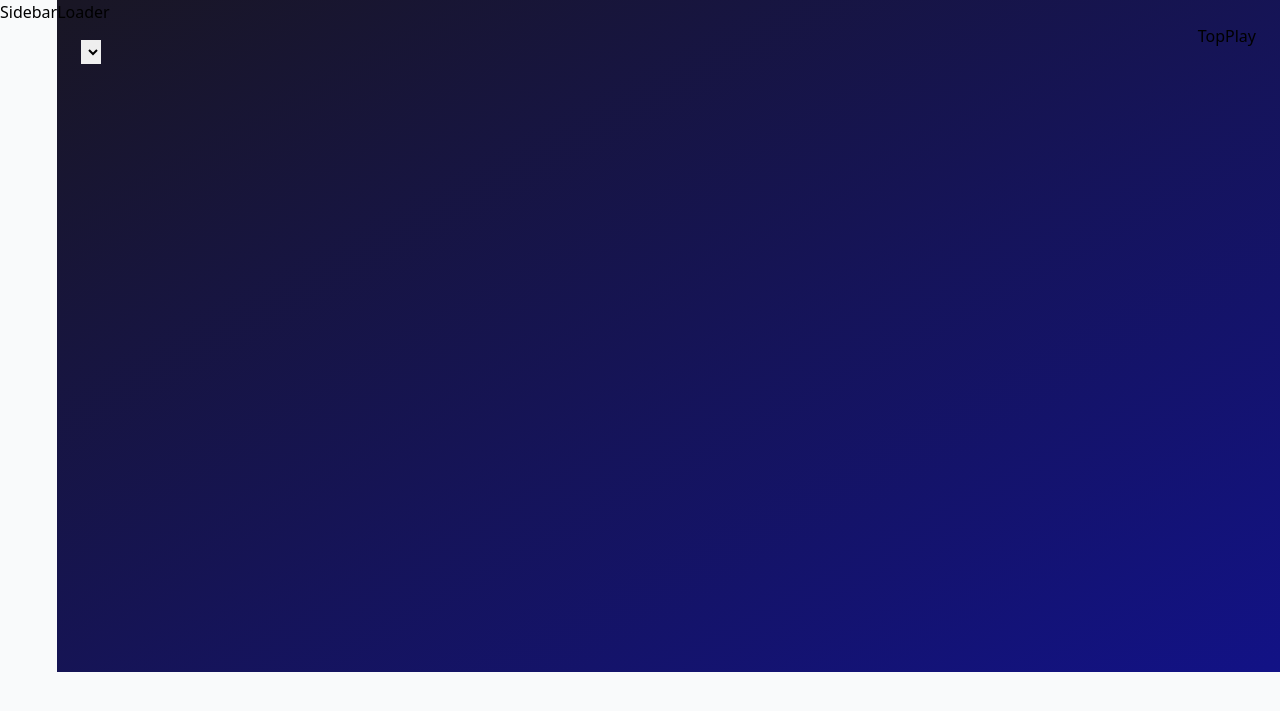
Repository: Chris24T/Dotify
Page: /
These files come from the project's save history. The page is drawn as it stood at one moment and after the next save; the edit follows.
The browser window is 1280 px wide. The pictures show the whole page.
The project was rebuilt for these pictures with package versions that can differ from the ones it lists, and the page was loaded fresh each time. Also part of the build but not shown: vite.config.js, src/components/SongCard.jsx, src/components/ArtistCard.jsx, src/components/DetailsHeader.jsx, src/components/PlayPause.jsx, src/components/SongBar.jsx, src/components/RelatedSongs.jsx, src/components/MusicPlayer/Controls.jsx and 13 more.

Above is the page before, as saved 2022-12-03 20:30:56.

### src/redux/features/playerSlice.js
import { createSlice } from '@reduxjs/toolkit';

const initialState = {
  currentSongs: [],
  currentIndex: 0,
  isActive: false,
  isPlaying: false,
  activeSong: {},
  genreListId: '',
};

const playerSlice = createSlice({
  name: 'player',
  initialState,
  reducers: {
    setActiveSong: (state, action) => {
      state.activeSong = action.payload.song;

      if (action.payload?.data?.tracks?.hits) {
        state.currentSongs = action.payload.data.tracks.hits;
      } else if (action.payload?.data?.properties) {
        state.currentSongs = action.payload?.data?.tracks;
      } else {
        state.currentSongs = action.payload.data;
      }

      state.currentIndex = action.payload.i;
      state.isActive = true;
    },

    nextSong: (state, action) => {
      if (state.currentSongs[action.payload]?.track) {
        state.activeSong = state.currentSongs[action.payload]?.track;
      } else {
        state.activeSong = state.currentSongs[action.payload];
      }

      state.currentIndex = action.payload;
      state.isActive = true;
    },

    prevSong: (state, action) => {
      if (state.currentSongs[action.payload]?.track) {
        state.activeSong = state.currentSongs[action.payload]?.track;
      } else {
        state.activeSong = state.currentSongs[action.payload];
      }

      state.currentIndex = action.payload;
      state.isActive = true;
    },

    playPause: (state, action) => {
      state.isPlaying = action.payload;
    },

    selectGenreListId: (state, action) => {
      state.genreListId = action.payload;
    },
  },
});

export const { setActiveSong, nextSong, prevSong, playPause, selectGenreListId } = playerSlice.actions;

export default playerSlice.reducer;

### src/pages/Discover.jsx
import { Error, Loader, SongCard } from '../components';
import { genres } from '../assets/constants';

const Discover = () => {
  return (
    <div className="flex flex-row">
      <div className="w-full flex justify-between items-center sm:flex-row flex-col mt-4 mb-10">
        <select></select>
      </div>
    </div>
  );
};

export default Discover;

### src/assets/constants.js
import { HiOutlineHashtag, HiOutlineHome, HiOutlinePhotograph, HiOutlineUserGroup } from 'react-icons/hi';

export const genres = [
  { title: 'Pop', value: 'POP' },
  { title: 'Hip-Hop', value: 'HIP_HOP_RAP' },
  { title: 'Dance', value: 'DANCE' },
  { title: 'Electronic', value: 'ELECTRONIC' },
  { title: 'Soul', value: 'SOUL_RNB' },
  { title: 'Alternative', value: 'ALTERNATIVE' },
  { title: 'Rock', value: 'ROCK' },
  { title: 'Latin', value: 'LATIN' },
  { title: 'Film', value: 'FILM_TV' },
  { title: 'Country', value: 'COUNTRY' },
  { title: 'Worldwide', value: 'WORLDWIDE' },
  { title: 'Reggae', value: 'REGGAE_DANCE_HALL' },
  { title: 'House', value: 'HOUSE' },
  { title: 'K-Pop', value: 'K_POP' },
];

export const links = [
  { name: 'Discover', to: '/', icon: HiOutlineHome },
  { name: 'Around You', to: '/around-you', icon: HiOutlinePhotograph },
  { name: 'Top Artists', to: '/top-artists', icon: HiOutlineUserGroup },
  { name: 'Top Charts', to: '/top-charts', icon: HiOutlineHashtag },
];

Loaded but not shown: index.html (common file); src/index.jsx (common file); src/index.css (common file); src/App.jsx (common file); src/redux/store.js (common file); src/components/index.js (common file); src/pages/index.js (common file); src/components/Sidebar.jsx (common file); src/components/Searchbar.jsx (common file); src/components/TopPlay.jsx (common file); tailwind.config.js (common file)

After the next save:
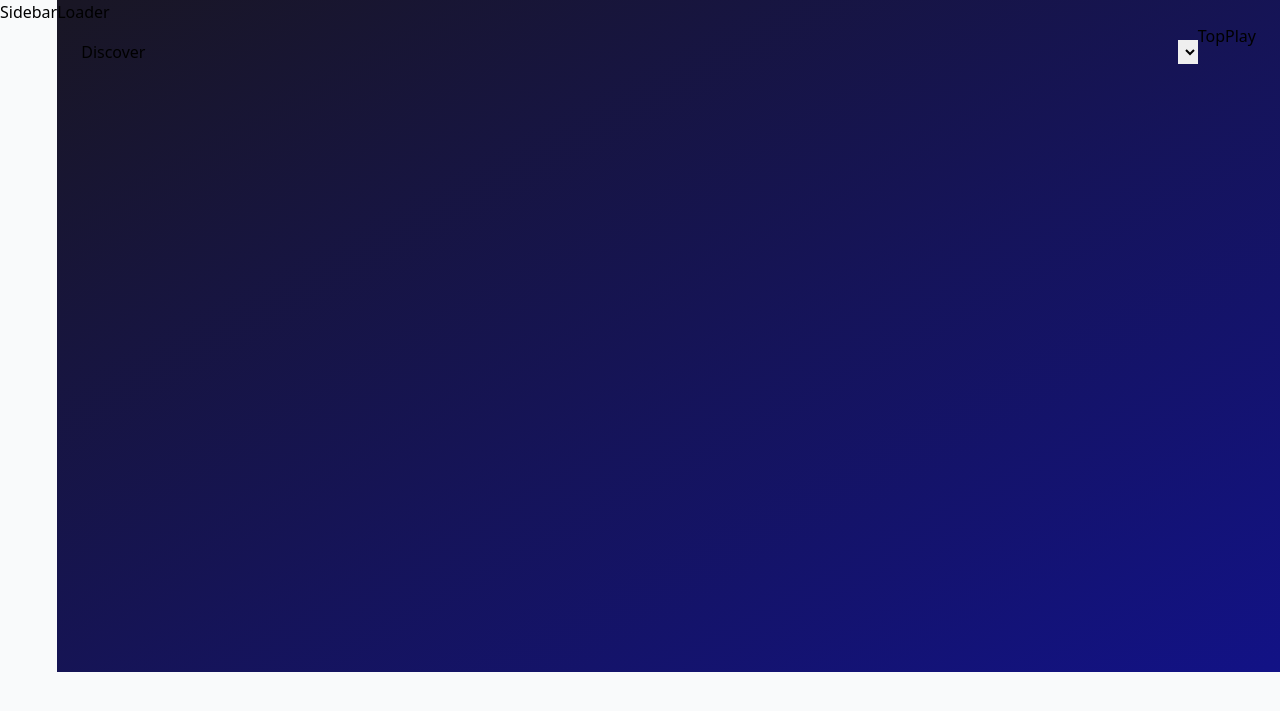
Saved 36 s later.
--- a/src/pages/Discover.jsx
+++ b/src/pages/Discover.jsx
@@ -5,6 +5,7 @@ const Discover = () => {
   return (
     <div className="flex flex-row">
       <div className="w-full flex justify-between items-center sm:flex-row flex-col mt-4 mb-10">
+        <h2>Discover</h2>
         <select></select>
       </div>
     </div>
